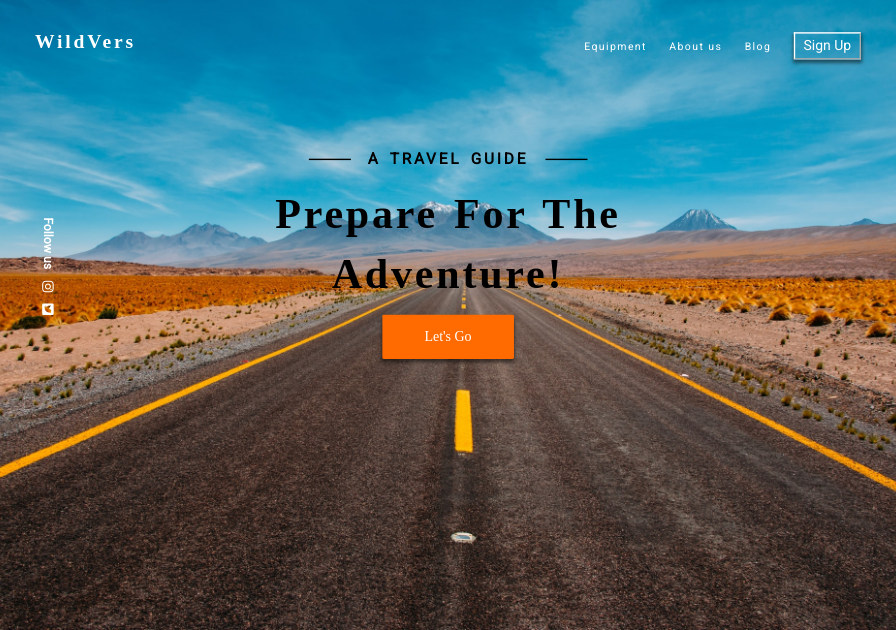
Repository: Hunga9k50doker/wildver-travel
Page: src/index.html
These files come from the project's save history. The page is drawn as it stood at one moment and after a run of saves; the edit follows.
The browser window is 1280 px wide. The pictures show the whole page, at 70% of full size.
Some web fonts or font styles are not loaded; a fallback is used. The style sheet was rebuilt from its Sass, Less or Tailwind sources for each picture, by a compiler version that may differ from the author's.

Above is the page before, as saved 2021-08-26 00:43:06.

### src/index.html
<!DOCTYPE html>
<html lang="en">
<head>
    <meta charset="UTF-8">
    <meta http-equiv="X-UA-Compatible" content="IE=edge">
    <meta name="viewport" content="width=device-width, initial-scale=1.0">
    <link href="https://fonts.googleapis.com/css2?family=Hina+Mincho&family=Roboto&display=swap" rel="stylesheet">
    <link rel="stylesheet" href="public/css/normalize.min.css">
    <link rel="stylesheet" href="public/css/grid.css">
    <link rel="stylesheet" href="public/css/base.css">
    <link rel="stylesheet" href="public/css/header.css">
    <link rel="stylesheet" href="public/css/header.css">
    <link rel="stylesheet" href="public/vendor/fontawesome-free-5.15.3-web/css/all.min.css">
    <title>Document</title>
</head>
<body>
    <div class="app">
        <section class="header">
            <section class="header_nav">
                <h1 class="header_nav-home">WildVers</h1>
                <div class="header_nav-body">
                    <a href="/" class="header_nav-body-item">Equipment</a>
                    <a href="/" class="header_nav-body-item">About us</a>
                    <a href="/" class="header_nav-body-item">Blog</a>
                    <button class="header_nav-body-res">Sign Up</button>
                </div>
            </section>
            <section class="header_contain">
                <div class="header_contain-follow">
                    <p>Follow us</p>
                   <a href="/">
                       <i class="fab fa-instagram"></i>
                   </a>
                   <a href="/">
                       <i class="fab fa-twitter-square"></i>
                   </a>
                </div>
                <div class="header_contain-content">
                    <h3 class="header_contain-content-title">A travel guide</h3>
                    <h2>Prepare For The</h2>
                    <h2> Adventure!</h2>
                    <button>Let's Go</button>
                </div>
            </section>
        </section>
        <section class="grip wide">
            <section class="container">

            </section>
        </section>
    </div>
</body>
</html>

### src/public/css/normalize.min.css
html{line-height:1.15;-webkit-text-size-adjust:100%}body{margin:0}main{display:block}h1{font-size:2em;margin:.67em 0}hr{box-sizing:content-box;height:0;overflow:visible}pre{font-family:monospace,monospace;font-size:1em}a{background-color:transparent}abbr[title]{border-bottom:none;text-decoration:underline;text-decoration:underline dotted}b,strong{font-weight:bolder}code,kbd,samp{font-family:monospace,monospace;font-size:1em}small{font-size:80%}sub,sup{font-size:75%;line-height:0;position:relative;vertical-align:baseline}sub{bottom:-.25em}sup{top:-.5em}img{border-style:none}button,input,optgroup,select,textarea{font-family:inherit;font-size:100%;line-height:1.15;margin:0}button,input{overflow:visible}button,select{text-transform:none}[type=button],[type=reset],[type=submit],button{-webkit-appearance:button}[type=button]::-moz-focus-inner,[type=reset]::-moz-focus-inner,[type=submit]::-moz-focus-inner,button::-moz-focus-inner{border-style:none;padding:0}[type=button]:-moz-focusring,[type=reset]:-moz-focusring,[type=submit]:-moz-focusring,button:-moz-focusring{outline:1px dotted ButtonText}fieldset{padding:.35em .75em .625em}legend{box-sizing:border-box;color:inherit;display:table;max-width:100%;padding:0;white-space:normal}progress{vertical-align:baseline}textarea{overflow:auto}[type=checkbox],[type=radio]{box-sizing:border-box;padding:0}[type=number]::-webkit-inner-spin-button,[type=number]::-webkit-outer-spin-button{height:auto}[type=search]{-webkit-appearance:textfield;outline-offset:-2px}[type=search]::-webkit-search-decoration{-webkit-appearance:none}::-webkit-file-upload-button{-webkit-appearance:button;font:inherit}details{display:block}summary{display:list-item}template{display:none}[hidden]{display:none}
/*# sourceMappingURL=normalize.min.css.map */

### src/public/css/grid.css
.grid {
    width: 100%;
    display: block;
    padding: 0;
    margin: 0 auto;
}

.grid.wide {
    max-width: 1200px;
    margin: 0 auto;
}

.row {
    display: flex;
    flex-wrap: wrap;
    margin-left: -4px;
    margin-right: -4px;
}


.row.no-gutters {
    margin-left: 0;
    margin-right: 0;
}

.col {

    padding-left: 4px;
    padding-right: 4px;
}

.row.no-gutters .col {
    padding-left: 0;
    padding-right: 0;
}

.c-0 {
    display: none;
}

.c-1 {
    flex: 0 0 8.33333%;
    max-width: 8.33333%;
}

.c-2 {
    flex: 0 0 16.66667%;
    max-width: 16.66667%;
}

.c-3 {
    flex: 0 0 25%;
    max-width: 25%;
}

.c-4 {
    flex: 0 0 33.33333%;
    max-width: 33.33333%;
}

.c-5 {
    flex: 0 0 41.66667%;
    max-width: 41.66667%;
}

.c-6 {
    flex: 0 0 50%;
    max-width: 50%;
}

.c-7 {
    flex: 0 0 58.33333%;
    max-width: 58.33333%;
}

.c-8 {
    flex: 0 0 66.66667%;
    max-width: 66.66667%;
}

.c-9 {
    flex: 0 0 75%;
    max-width: 75%;
}

.c-10 {
    flex: 0 0 83.33333%;
    max-width: 83.33333%;
}

.c-11 {
    flex: 0 0 91.66667%;
    max-width: 91.66667%;
}

.c-12 {
    flex: 0 0 100%;
    max-width: 100%;
}

.c-o-1 {
    margin-left: 8.33333%;
}

.c-o-2 {
    margin-left: 16.66667%;
}

.c-o-3 {
    margin-left: 25%;
}

.c-o-4 {
    margin-left: 33.33333%;
}

.c-o-5 {
    margin-left: 41.66667%;
}

.c-o-6 {
    margin-left: 50%;
}

.c-o-7 {
    margin-left: 58.33333%;
}

.c-o-8 {
    margin-left: 66.66667%;
}

.c-o-9 {
    margin-left: 75%;
}

.c-o-10 {
    margin-left: 83.33333%;
}

.c-o-11 {
    margin-left: 91.66667%;
}

/* >= Tablet */
@media (min-width: 740px) {
    .row {
        margin-left: -8px;
        margin-right: -8px;
    }

    .col {
        padding-left: 8px;
        padding-right: 8px;
    }

    .m-0 {
        display: none;
    }

    .m-1,
    .m-2,
    .m-3,
    .m-4,
    .m-5,
    .m-6,
    .m-7,
    .m-8,
    .m-9,
    .m-10,
    .m-11,
    .m-12 {
        display: block;
    }

    .m-1 {
        flex: 0 0 8.33333%;
        max-width: 8.33333%;
    }

    .m-2 {
        flex: 0 0 16.66667%;
        max-width: 16.66667%;
    }

    .m-3 {
        flex: 0 0 25%;
        max-width: 25%;
    }

    .m-4 {
        flex: 0 0 33.33333%;
        max-width: 33.33333%;
    }

    .m-5 {
        flex: 0 0 41.66667%;
        max-width: 41.66667%;
    }

    .m-6 {
        flex: 0 0 50%;
        max-width: 50%;
    }

    .m-7 {
        flex: 0 0 58.33333%;
        max-width: 58.33333%;
    }

    .m-8 {
        flex: 0 0 66.66667%;
        max-width: 66.66667%;
    }

    .m-9 {
        flex: 0 0 75%;
        max-width: 75%;
    }

    .m-10 {
        flex: 0 0 83.33333%;
        max-width: 83.33333%;
    }

    .m-11 {
        flex: 0 0 91.66667%;
        max-width: 91.66667%;
    }

    .m-12 {
        flex: 0 0 100%;
        max-width: 100%;
    }

    .m-o-1 {
        margin-left: 8.33333%;
    }

    .m-o-2 {
        margin-left: 16.66667%;
    }

    .m-o-3 {
        margin-left: 25%;
    }

    .m-o-4 {
        margin-left: 33.33333%;
    }

    .m-o-5 {
        margin-left: 41.66667%;
    }

    .m-o-6 {
        margin-left: 50%;
    }

    .m-o-7 {
        margin-left: 58.33333%;
    }

    .m-o-8 {
        margin-left: 66.66667%;
    }

    .m-o-9 {
        margin-left: 75%;
    }

    .m-o-10 {
        margin-left: 83.33333%;
    }

    .m-o-11 {
        margin-left: 91.66667%;
    }
}

/* PC medium resolution > */
@media (min-width: 1113px) {
    .row {
        margin-left: -12px;
        margin-right: -12px;
    }

    .row.sm-gutter {
        margin-left: -5px;
        margin-right: -5px;
    }

    .col {
        padding-left: 12px;
        padding-right: 12px;
    }

    .row.sm-gutter .col {
        padding-left: 5px;
        padding-right: 5px;
    }

    .l-0 {
        display: none;
    }

    .l-1,
    .l-2,
    .l-2-4,
    .l-3,
    .l-4,
    .l-5,
    .l-6,
    .l-7,
    .l-8,
    .l-9,
    .l-10,
    .l-11,
    .l-12 {
        display: block;
    }

    .l-1 {
        flex: 0 0 8.33333%;
        max-width: 8.33333%;
    }

    .l-2 {
        flex: 0 0 16.66667%;
        max-width: 16.66667%;
    }

    .l-2-4 {
        flex: 0 0 20%;
        max-width: 20%;
    }

    .l-3 {
        flex: 0 0 25%;
        max-width: 25%;
    }

    .l-4 {
        flex: 0 0 33.33333%;
        max-width: 33.33333%;
    }

    .l-5 {
        flex: 0 0 41.66667%;
        max-width: 41.66667%;
    }

    .l-6 {
        flex: 0 0 50%;
        max-width: 50%;
    }

    .l-7 {
        flex: 0 0 58.33333%;
        max-width: 58.33333%;
    }

    .l-8 {
        flex: 0 0 66.66667%;
        max-width: 66.66667%;
    }

    .l-9 {
        flex: 0 0 75%;
        max-width: 75%;
    }

    .l-10 {
        flex: 0 0 83.33333%;
        max-width: 83.33333%;
    }

    .l-11 {
        flex: 0 0 91.66667%;
        max-width: 91.66667%;
    }

    .l-12 {
        flex: 0 0 100%;
        max-width: 100%;
    }

    .l-o-1 {
        margin-left: 8.33333%;
    }

    .l-o-2 {
        margin-left: 16.66667%;
    }

    .l-o-3 {
        margin-left: 25%;
    }

    .l-o-4 {
        margin-left: 33.33333%;
    }

    .l-o-5 {
        margin-left: 41.66667%;
    }

    .l-o-6 {
        margin-left: 50%;
    }

    .l-o-7 {
        margin-left: 58.33333%;
    }

    .l-o-8 {
        margin-left: 66.66667%;
    }

    .l-o-9 {
        margin-left: 75%;
    }

    .l-o-10 {
        margin-left: 83.33333%;
    }

    .l-o-11 {
        margin-left: 91.66667%;
    }
}

/* Tablet - PC low resolution */
@media (min-width: 740px) and (max-width: 1023px) {
    .wide {
        width: 644px;
    }
}

/* > PC low resolution */
@media (min-width: 1024px) and (max-width: 1239px) {
    .wide {
        width: 984px;
    }

    .wide .row {
        margin-left: -12px;
        margin-right: -12px;
    }

    .wide .row.sm-gutter {
        margin-left: -5px;
        margin-right: -5px;
    }

    .wide .col {
        padding-left: 12px;
        padding-right: 12px;
    }

    .wide .row.sm-gutter .col {
        padding-left: 5px;
        padding-right: 5px;
    }

    .wide .l-0 {
        display: none;
    }

    .wide .l-1,
    .wide .l-2,
    .wide .l-2-4,
    .wide .l-3,
    .wide .l-4,
    .wide .l-5,
    .wide .l-6,
    .wide .l-7,
    .wide .l-8,
    .wide .l-9,
    .wide .l-10,
    .wide .l-11,
    .wide .l-12 {
        display: block;
    }

    .wide .l-1 {
        flex: 0 0 8.33333%;
        max-width: 8.33333%;
    }

    .wide .l-2 {
        flex: 0 0 16.66667%;
        max-width: 16.66667%;
    }

    .wide .l-2-4 {
        flex: 0 0 20%;
        max-width: 20%;
    }

    .wide .l-3 {
        flex: 0 0 25%;
        max-width: 25%;
    }

    .wide .l-4 {
        flex: 0 0 33.33333%;
        max-width: 33.33333%;
    }

    .wide .l-5 {
        flex: 0 0 41.66667%;
        max-width: 41.66667%;
    }

    .wide .l-6 {
        flex: 0 0 50%;
        max-width: 50%;
    }

    .wide .l-7 {
        flex: 0 0 58.33333%;
        max-width: 58.33333%;
    }

    .wide .l-8 {
        flex: 0 0 66.66667%;
        max-width: 66.66667%;
    }

    .wide .l-9 {
        flex: 0 0 75%;
        max-width: 75%;
    }

    .wide .l-10 {
        flex: 0 0 83.33333%;
        max-width: 83.33333%;
    }

    .wide .l-11 {
        flex: 0 0 91.66667%;
        max-width: 91.66667%;
    }

    .wide .l-12 {
        flex: 0 0 100%;
        max-width: 100%;
    }

    .wide .l-o-1 {
        margin-left: 8.33333%;
    }

    .wide .l-o-2 {
        margin-left: 16.66667%;
    }

    .wide .l-o-3 {
        margin-left: 25%;
    }

    .wide .l-o-4 {
        margin-left: 33.33333%;
    }

    .wide .l-o-5 {
        margin-left: 41.66667%;
    }

    .wide .l-o-6 {
        margin-left: 50%;
    }

    .wide .l-o-7 {
        margin-left: 58.33333%;
    }

    .wide .l-o-8 {
        margin-left: 66.66667%;
    }

    .wide .l-o-9 {
        margin-left: 75%;
    }

    .wide .l-o-10 {
        margin-left: 83.33333%;
    }

    .wide .l-o-11 {
        margin-left: 91.66667%;
    }
}

### src/resources/scss/base.scss
@import "variables";

*{
    font-size: 62.5%;
    box-sizing: inherit;
}
html{
    margin: 0;
    padding: 0;
    line-height: 1.6rem;
    box-sizing: border-box;
    font-family: 'Roboto', sans-serif;
}
h1,h2{
    font-family: 'Besley', serif;
}

a{
    color: $white-color;
    text-decoration: none;
}

### src/resources/scss/_variables.scss
$orange-color: #ff6b00;
$white-color: #fff;
$text-color: #e2ddd6;
$waxen-color: #f9caa9;
$black-color: #030101;

### src/resources/scss/header.scss
@import "variables";

.header{
    position: relative;
    background: url(/src/public/img/bg2.jpg) ;
    width: 100%;
    min-width: 500px;
    height: 900px;
    min-height:500px;
    background-position: center;
    background-repeat: no-repeat;
    background-size: cover;
    user-select: none;
    // z-index: -1;
    &_nav{
        display:flex;
        color: $white-color;
        padding: 4.6rem 5rem 0 5rem;
        &-home{
            flex: 1;
            margin: 0;
            font-size: 2.8rem;
            letter-spacing:4px;
            line-height:100%;
            cursor: pointer;
        }
        &-body{
            display:flex;
            align-items:center;
            justify-content: center;
            font-size: 2.4rem;
            letter-spacing:2px;
            &-item{
                color:$white-color;
                margin:0 1.6rem;
                transform: scale(1);
                &:hover{
                    color: $orange-color;
                    transform: scale(1.1);
                    transition:transform 0.3s;
                }
            }
            button{
                font-size: 2rem;
                padding:6px 1.2rem;
                margin-left: 1.6rem;
                background:transparent;
                color:$white-color;
                border-color: $white-color;
                border-style: solid 2px;
                cursor: pointer;
                box-shadow: 0 4px 5px 1px rgba(0,0,0,0.5);
                transform: translateY(0);
                transition:transform 0.3s linear;
                &:hover{
                    background: $orange-color;
                    box-shadow: 0 0px 5px 1px rgba(0,0,0,0.5);
                    transform: translateY(4px);
                    transition:transform 0.3s linear;
                }
            }
        }

    }

    &_contain{
        position: relative;
        display:flex;
        align-items:center;
        justify-content: center;
        left: 0;
        top: 30%;
        transform: translateY(-70%);
        &-follow{
            position: absolute;
            top: 0;
            left:0;
            font-size: 2.8rem;
            font-weight: 700;
            display:flex;
            align-items:center;
            justify-content: center;
            color:$white-color;
            transform:rotate(90deg);
            margin:0;
            a:nth-child(2){
                margin:0 16px;
            }
            a{
                font-size: 3rem;
                transform: scale(1);
                transition: transform 0.3s;
                cursor: pointer;
                &:hover{
                     color:$orange-color;
                     transform: scale(1.1);
                     transition: transform 0.3s;
                 }
            }
        }
        &-content{
            position: absolute;
            top: 50%;
            left:50%;
            transform: translate(-50%,-50%);
            font-size: 2rem;
            display:flex;
            flex-direction: column;
            align-items:center;
            justify-content: center;
            &-title{
                position: relative;
                font-size: 2.2rem;
                color: $black-color;
                word-spacing: 4px;
                letter-spacing: 4px;
                text-transform: uppercase;
                &:after{
                    content: " ";
                    position: absolute;
                    width:6rem;
                    height:2px;
                    top: 50%;
                    transform: translateY(-50%);
                    right: -8.4rem;
                    background: #000;

                }
                &::before{
                    content: " ";
                    position: absolute;
                    width:6rem;
                    height:2px;
                    top: 50%;
                    transform: translateY(-50%);
                    left: -8.4rem;
                    background: #000;

                }
            }
            h2{
                font-size:6rem;
                word-spacing: 4px;
                letter-spacing: 4px;
                &:nth-child(2){
                    margin-top: 4rem;
                }
                &:nth-child(3){
                    margin-top:2rem;
                }
            }
            button{
               padding:2rem 6rem;
               font-family: 'Besley', serif;
               font-weight: 500;
               background: $orange-color;
               color:$white-color;
               border: none;
               border-radius: 2px;
               box-shadow: 0 4px 5px 1px rgba(0,0,0,0.5);
               cursor: pointer;
               transform:translateY(0) scale(1);
               transition: transform 0.3s;
               &:hover{
                    box-shadow: 0 0  1px rgba(255,255,255,0.5);
                    transform:translateY(4px) scale(0.9);
                    transition: transform 0.3s;
               }
            }
        }
    }
}

### src/resources/scss/container.scss
.container{
    background: #000;
    height: 1000px;
}

Loaded but not shown: src/public/vendor/fontawesome-free-5.15.3-web/css/all.min.css (library)

After the next 2 saves:
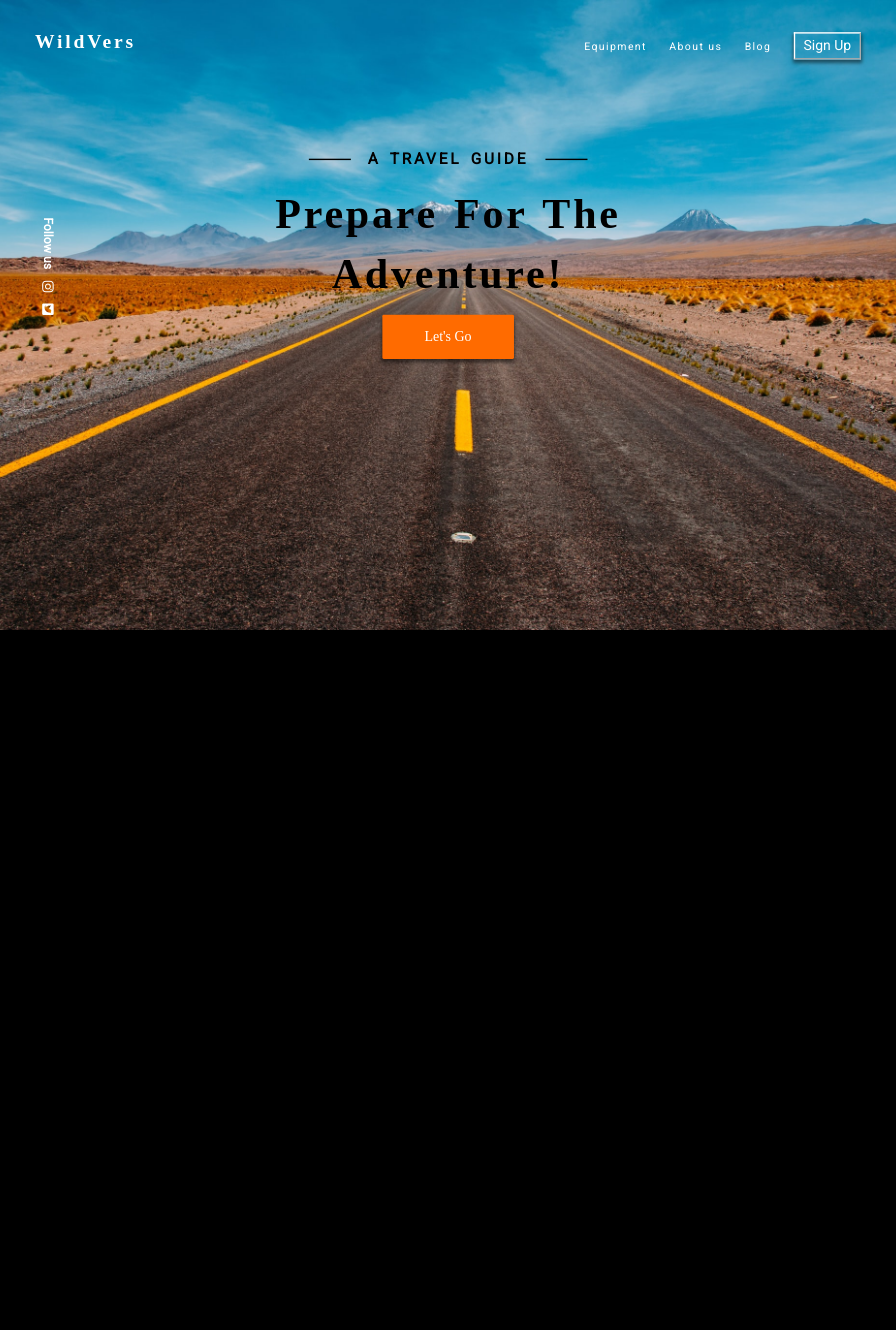
The 2 saves are shown as one change because they came seconds apart.
The last was saved 6 s later.
--- a/src/index.html
+++ b/src/index.html
@@ -9,7 +9,7 @@
     <link rel="stylesheet" href="public/css/grid.css">
     <link rel="stylesheet" href="public/css/base.css">
     <link rel="stylesheet" href="public/css/header.css">
-    <link rel="stylesheet" href="public/css/header.css">
+    <link rel="stylesheet" href="public/css/container.css">
     <link rel="stylesheet" href="public/vendor/fontawesome-free-5.15.3-web/css/all.min.css">
     <title>Document</title>
 </head>
